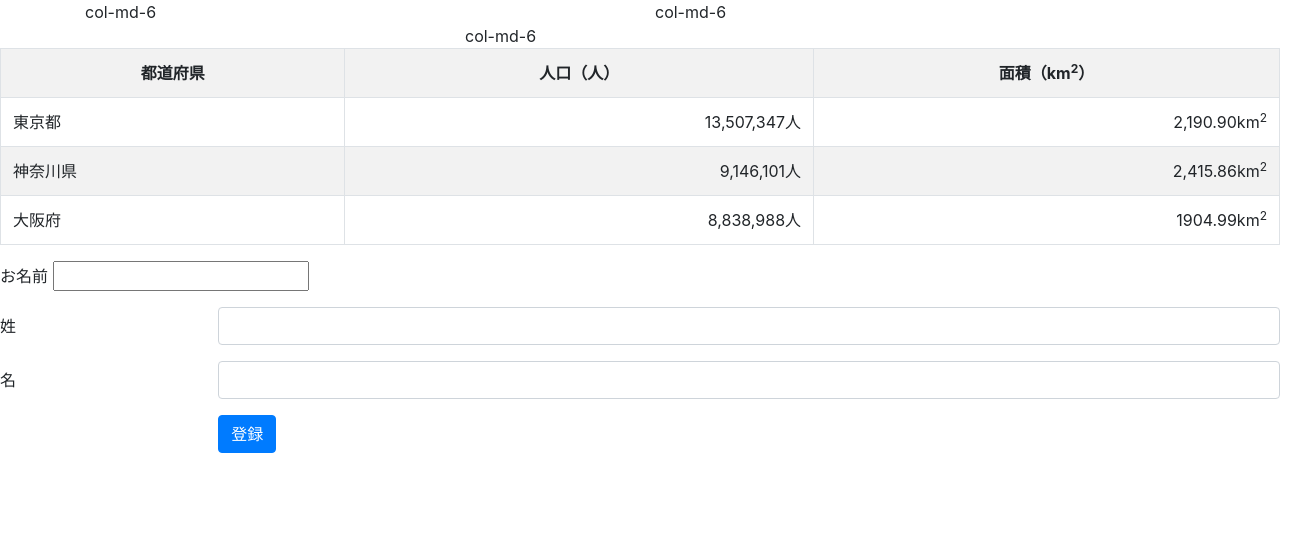
Repository: taekowithrowgit/backend
Page: environment/bootstrap_lesson.html
The author's editor kept a record of every edit. The page is drawn from the files as they stood at one moment, then again after the next edit.
The browser window is 1280 px wide. The page is 1295 px wide, so the pictures cover 1295 px, including what lies to the right of the window. The pictures show the whole page.
Some web libraries are served in a nearby version.

Above is the page before.

After the next edit:
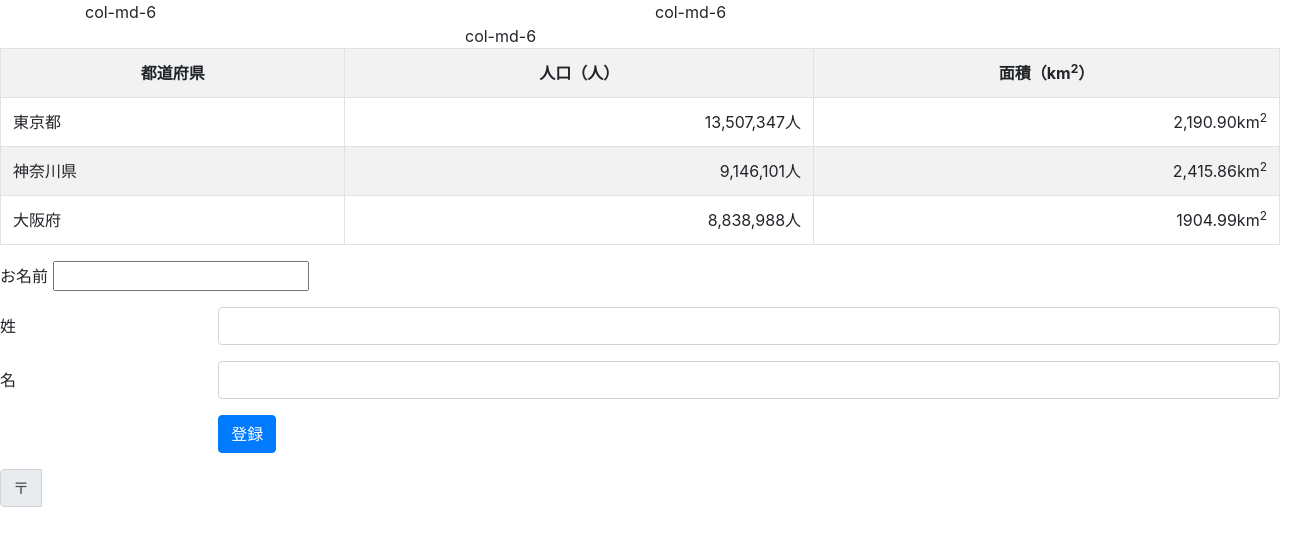
The edit:
--- a/environment/bootstrap_lesson.html
+++ b/environment/bootstrap_lesson.html
@@ -73,6 +73,13 @@
         </div>
     </div>
 
+    <div class="form-group input-group">
+        <div class ="input-group-prepend">
+            <span class="input-group-text">〒</span>
+
+        </div>
+
+    </div>
 </form>
 
         <!-- Optional JavaScript -->
